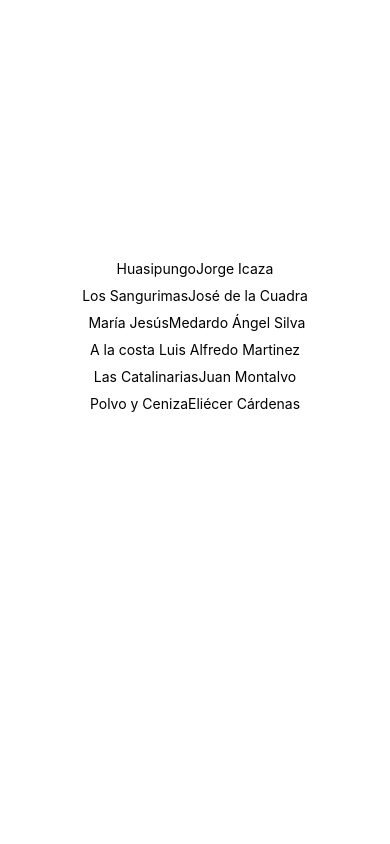
Repository: Henrybaio24/app-lista-libros
Screen: /
These files come from the project's save history. The screen is drawn as it stood at one moment and after the next save; the edit follows.
The app was drawn by React Native's web renderer in a window 390 px wide. The project was rebuilt for these pictures with package versions that can differ from the ones it lists, and the page was loaded fresh each time.

Above is the screen before, as saved 2020-02-03 20:13:40.

After the next save:
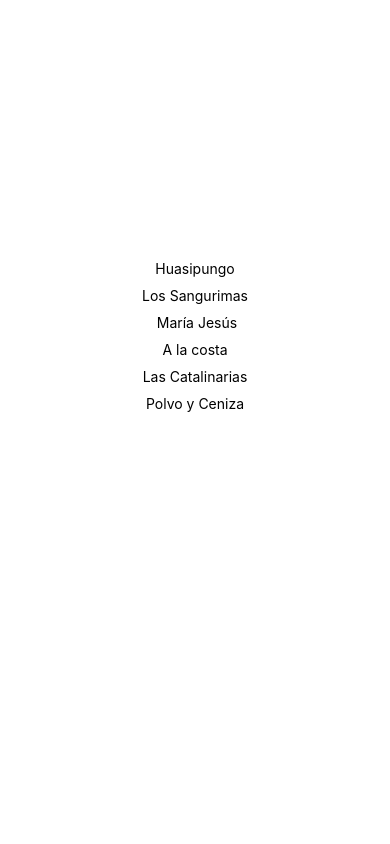
Saved 20 s later.
--- a/App.js
+++ b/App.js
@@ -25,7 +25,7 @@
         style={ styles.lista }
         renderItem={ ({ item }) =>
           <View style={styles.container}>
-        <Text>{ item.nombre }{item.autor}</Text>
+        <Text>{ item.nombre }</Text>
           </View>
         }
         keyExtractor={ item => item.id }
